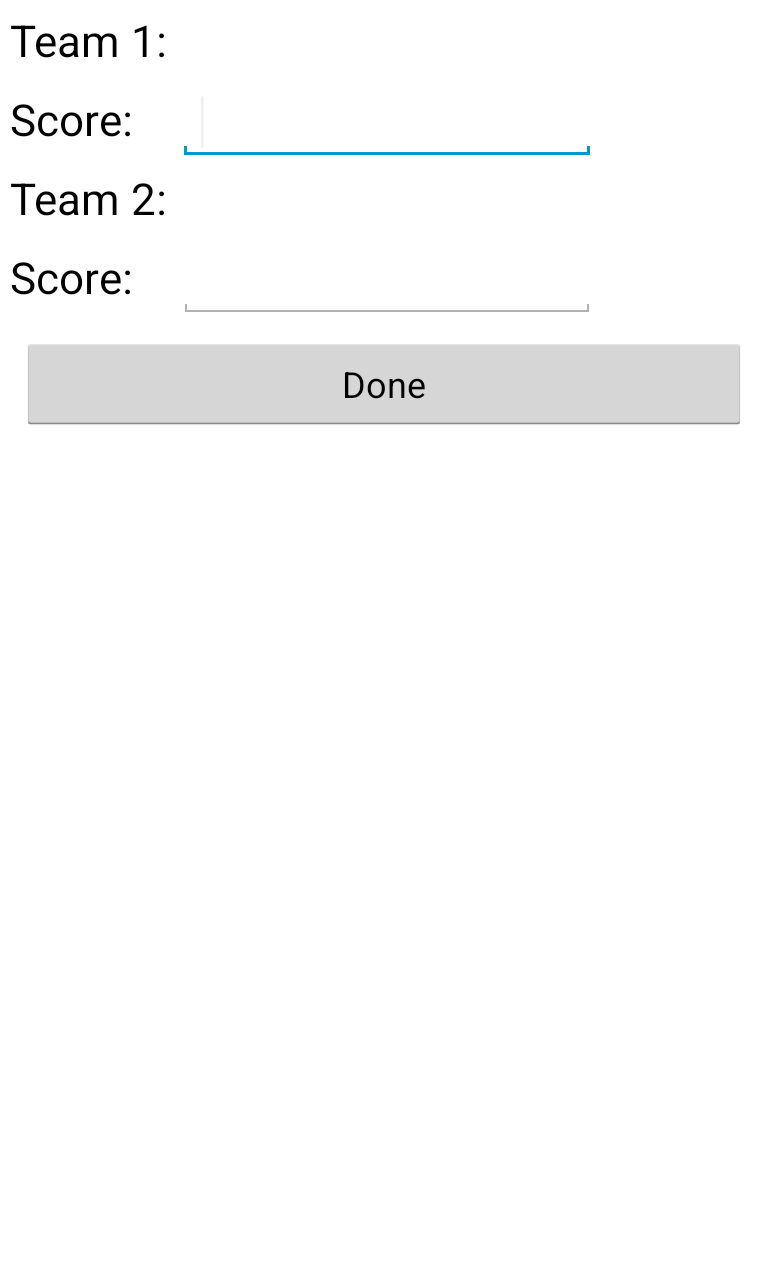
Repository: shervinshaikh/Android
Layout: NBAScoreTracker/res/layout/fragment_scores.xml
An editor plug-in stored every save of this project. The layout is shown before and after the next save, followed by the edit.
It is drawn on a 768 x 1280 px phone screen (xhdpi) without system bars, with theme AppTheme; the app's code is not run.

Above is the layout before, as saved 2013-04-29 03:41:10.

### NBAScoreTracker/res/layout/fragment_scores.xml
<TableLayout xmlns:android="http://schemas.android.com/apk/res/android"
    android:layout_width="fill_parent"
    android:layout_height="fill_parent" >

    <TableRow
        android:id="@+id/tableRow1"
        android:layout_width="wrap_content"
        android:layout_height="wrap_content" >

        <TextView
            android:id="@+id/textView1"
            android:layout_width="wrap_content"
            android:layout_height="wrap_content"
            android:text="@string/team1f"
            android:textAppearance="?android:attr/textAppearanceLarge"
            android:padding="5dip"
             />

    </TableRow>

    <TableRow
        android:id="@+id/tableRow2"
        android:layout_width="wrap_content"
        android:layout_height="wrap_content" >

        <TextView
            android:id="@+id/textView2"
            android:layout_width="wrap_content"
            android:layout_height="wrap_content"
            android:text="@string/score"
            android:textAppearance="?android:attr/textAppearanceLarge"
            android:padding="5dip" />

        <EditText
            android:id="@+id/editText2"
            android:layout_width="wrap_content"
            android:layout_height="wrap_content"
            android:ems="10"
            android:inputType="number" >

            <requestFocus />
        </EditText>

    </TableRow>

    <TableRow
        android:id="@+id/tableRow3"
        android:layout_width="wrap_content"
        android:layout_height="wrap_content" >

        <TextView
            android:id="@+id/textView3"
            android:layout_width="wrap_content"
            android:layout_height="wrap_content"
            android:text="@string/team2f"
            android:textAppearance="?android:attr/textAppearanceLarge"
            android:padding="5dip" />

    </TableRow>

    <TableRow
        android:id="@+id/tableRow4"
        android:layout_width="wrap_content"
        android:layout_height="wrap_content" >

        <TextView
            android:id="@+id/textView4"
            android:layout_width="wrap_content"
            android:layout_height="wrap_content"
            android:text="@string/score"
            android:textAppearance="?android:attr/textAppearanceLarge"
            android:padding="5dip" />

        <EditText
            android:id="@+id/editText4"
            android:layout_width="wrap_content"
            android:layout_height="wrap_content"
            android:ems="10"
            android:inputType="number" />

    </TableRow>

    <Button
        android:id="@+id/button1"
        android:layout_width="wrap_content"
        android:layout_height="wrap_content"
        android:text="@string/done"
        android:layout_margin="10dip"
        android:onClick="onScoresSet" />

</TableLayout>

### NBAScoreTracker/res/values/strings.xml
<?xml version="1.0" encoding="utf-8"?>
<resources>

    <string name="app_name">NBAScoreTracker</string>
    <string name="action_settings">Settings</string>
    <string name="hello_world">Hello world!</string>

    <string name="enter_date">Enter Date</string>
    <string name="enter_game">Enter Game</string>
    <string name="next_game">Next Game</string>

    <string name="date">Date</string>
    <string name="team1">Team 1</string>
    <string name="team2">Team 2</string>
    <string name="zero">0</string>

    <string name="team1f">Team 1:</string>
    <string name="team2f">Team 2:</string>
    <string name="score">Score:</string>
    <string name="done">Done</string>

</resources>

Loaded but not shown: NBAScoreTracker/res/values/styles.xml (common file); NBAScoreTracker/res/values-v11/styles.xml (common file); NBAScoreTracker/res/values-v14/styles.xml (common file)

After the next save:
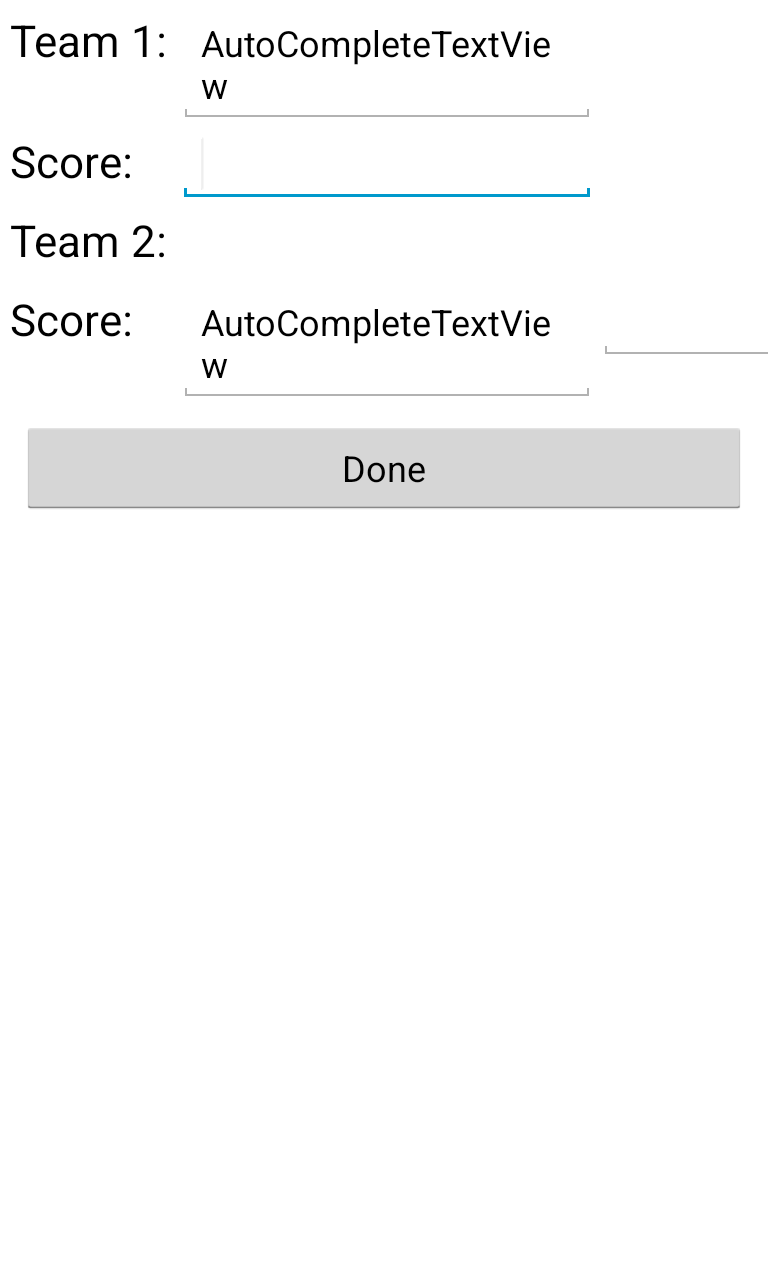
Saved 2 min 54 s later.
--- a/NBAScoreTracker/res/layout/fragment_scores.xml
+++ b/NBAScoreTracker/res/layout/fragment_scores.xml
@@ -14,6 +14,14 @@
             android:text="@string/team1f"
             android:textAppearance="?android:attr/textAppearanceLarge"
             android:padding="5dip"
+             />
+
+        <AutoCompleteTextView
+            android:id="@+id/autoCompleteTextView1"
+            android:layout_width="wrap_content"
+            android:layout_height="wrap_content"
+            android:ems="10"
+            android:text="AutoCompleteTextView"
              />
 
     </TableRow>
@@ -71,6 +79,13 @@
             android:textAppearance="?android:attr/textAppearanceLarge"
             android:padding="5dip" />
 
+        <AutoCompleteTextView
+            android:id="@+id/autoCompleteTextView2"
+            android:layout_width="wrap_content"
+            android:layout_height="wrap_content"
+            android:ems="10"
+            android:text="AutoCompleteTextView" />
+
         <EditText
             android:id="@+id/editText4"
             android:layout_width="wrap_content"
